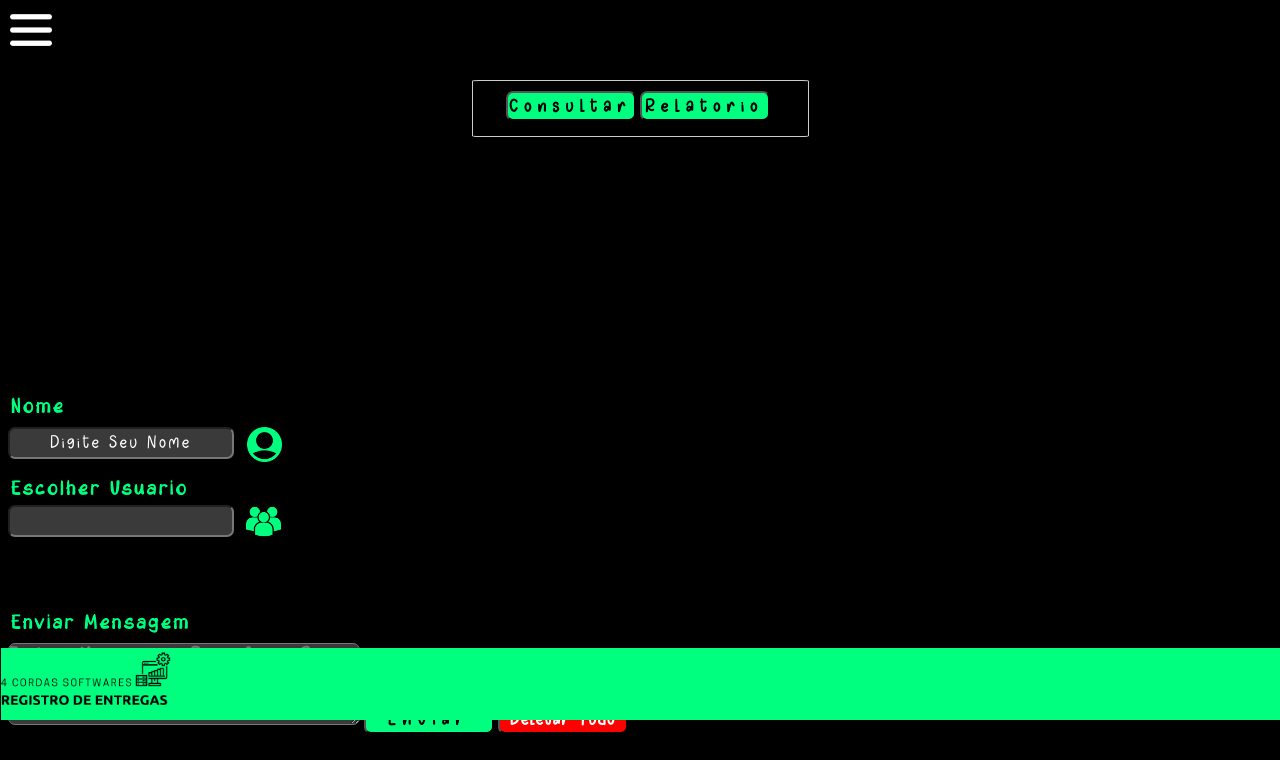
Repository: alfredo-allan/relatorioentregas
Page: pages/chatapp.html
These files come from the project's save history. The page is drawn as it stood at one moment and after the next save; the edit follows.
The browser window is 1280 px wide. The pictures show the whole page.
The page's requests for data from a server got no answer.

Above is the page before, as saved 2024-05-16 22:07:25.
Console error: TypeError: Cannot read properties of null (reading 'addEventListener')

After the next save:
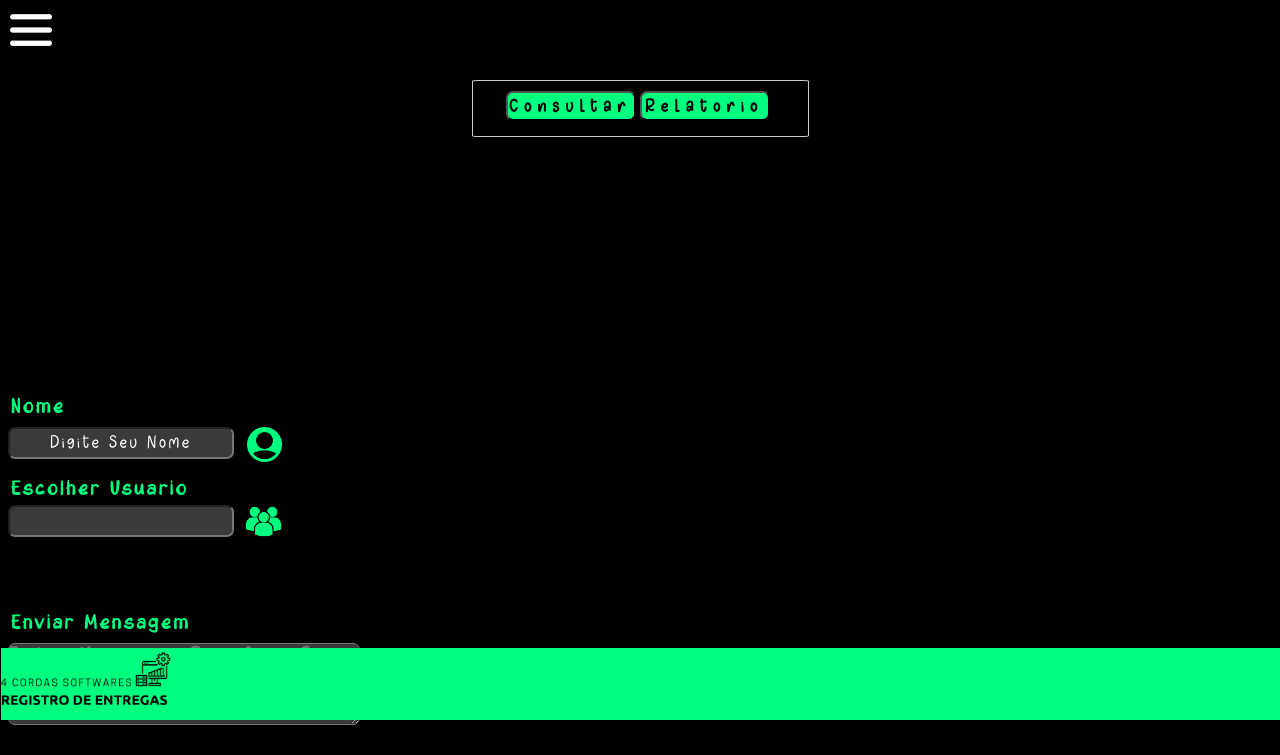
Saved 13 s later.
--- a/pages/chatapp.html
+++ b/pages/chatapp.html
@@ -129,8 +129,7 @@
         id="enviarMsg"
         type="text"
       ></textarea>
-      <button id="enviarmsg">Enviar</button>
-      <button id="delMsg">Deletar Tudo</button>
+
       <!-- <img id="imgEnviarmsg" src="../img/enviar-mensagem.png" alt="" /> -->
     </div>
     <footer>

After the save that followed:
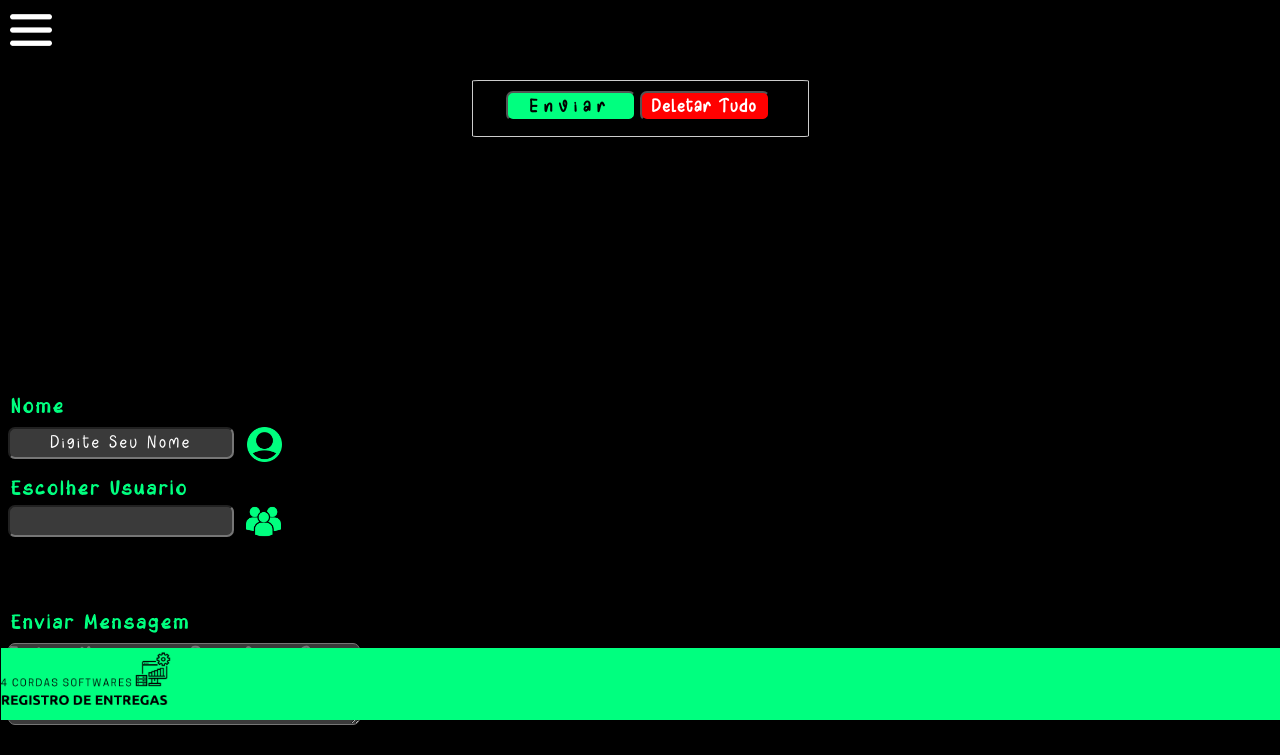
Saved 14 s later.
--- a/pages/chatapp.html
+++ b/pages/chatapp.html
@@ -105,9 +105,9 @@
           placeholder="ID"
           readonly
         />
-          <div id="btns">
-          <button id="consulta-btn">Consultar</button>
-          <button id="gerar-relatorio-btn">Relatório</button>
+        <div id="btns">
+          <button id="enviarmsg">Enviar</button>
+          <button id="delMsg">Deletar Tudo</button>
         </div>
       </div>
     </div>
